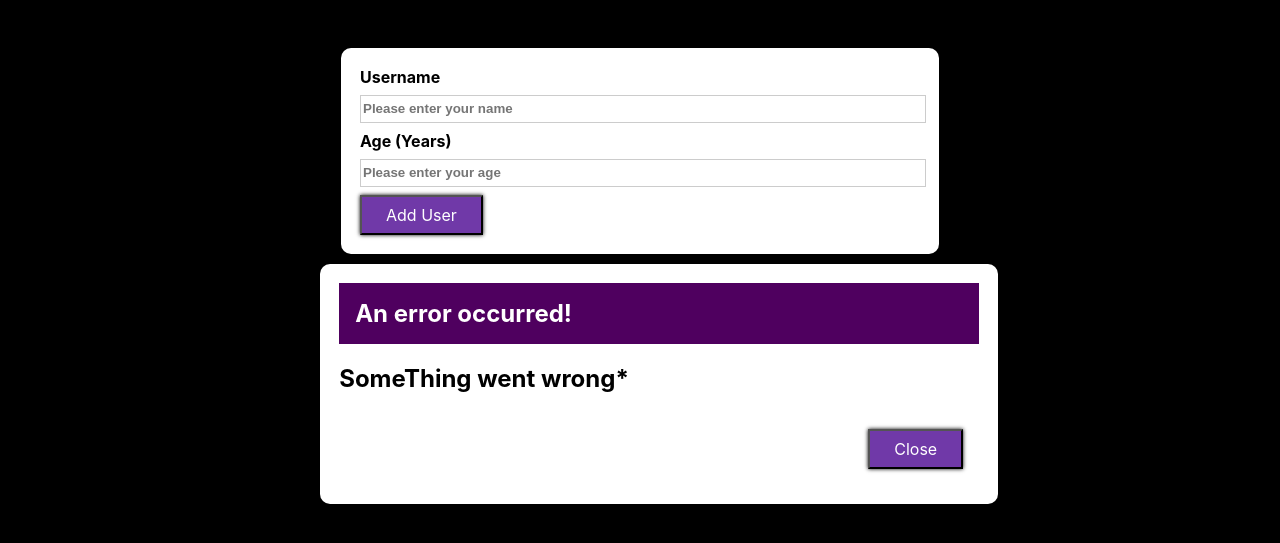
Repository: NamalPathirana/section-eight
Page: /
The author's editor kept a copy of each file at every save. The page is drawn from the files as they stood at one save, then again after the next save.
The browser window is 1280 px wide. The pictures show the whole page.
The project was rebuilt for these pictures with package versions that can differ from the ones it lists, and the page was loaded fresh each time. Also part of the build but not shown: src/App.module.css.

Above is the page before, as saved 2021-12-04 14:28:55.

After the next save:
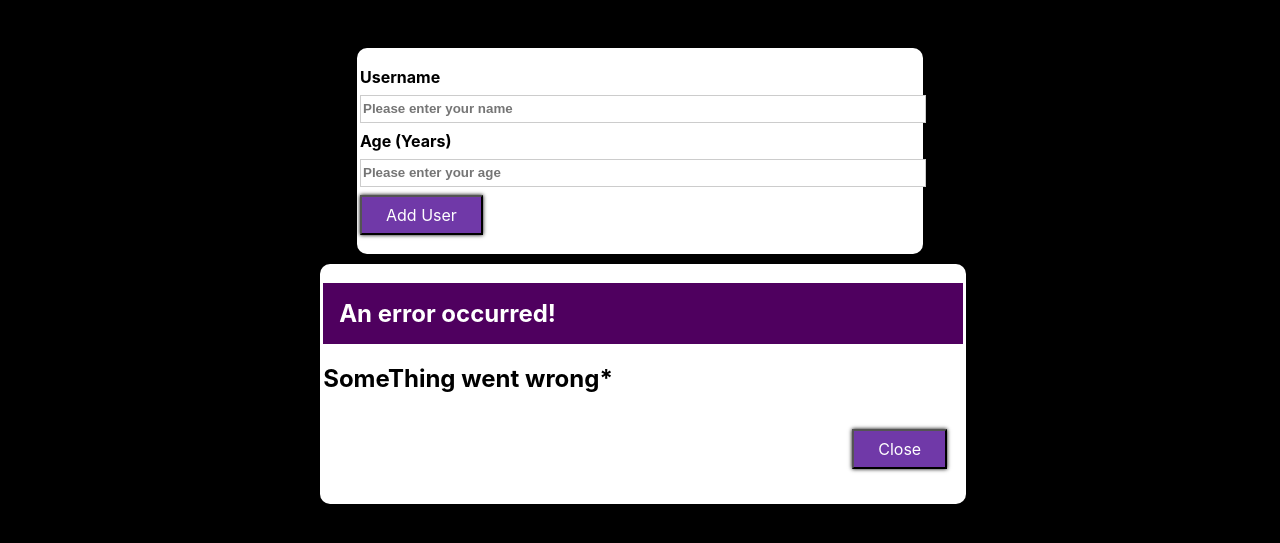
Saved 18 s later.
--- a/src/UI/Card/Card.module.css
+++ b/src/UI/Card/Card.module.css
@@ -1,6 +1,6 @@
 .card{
     margin: 0.5rem 0.5rem;
-    padding: 1.2rem 1.2rem;
+    padding: 1.2rem 0.2rem;
     width: 35rem;
     max-width: 90%;
     margin: 3rem auto;
